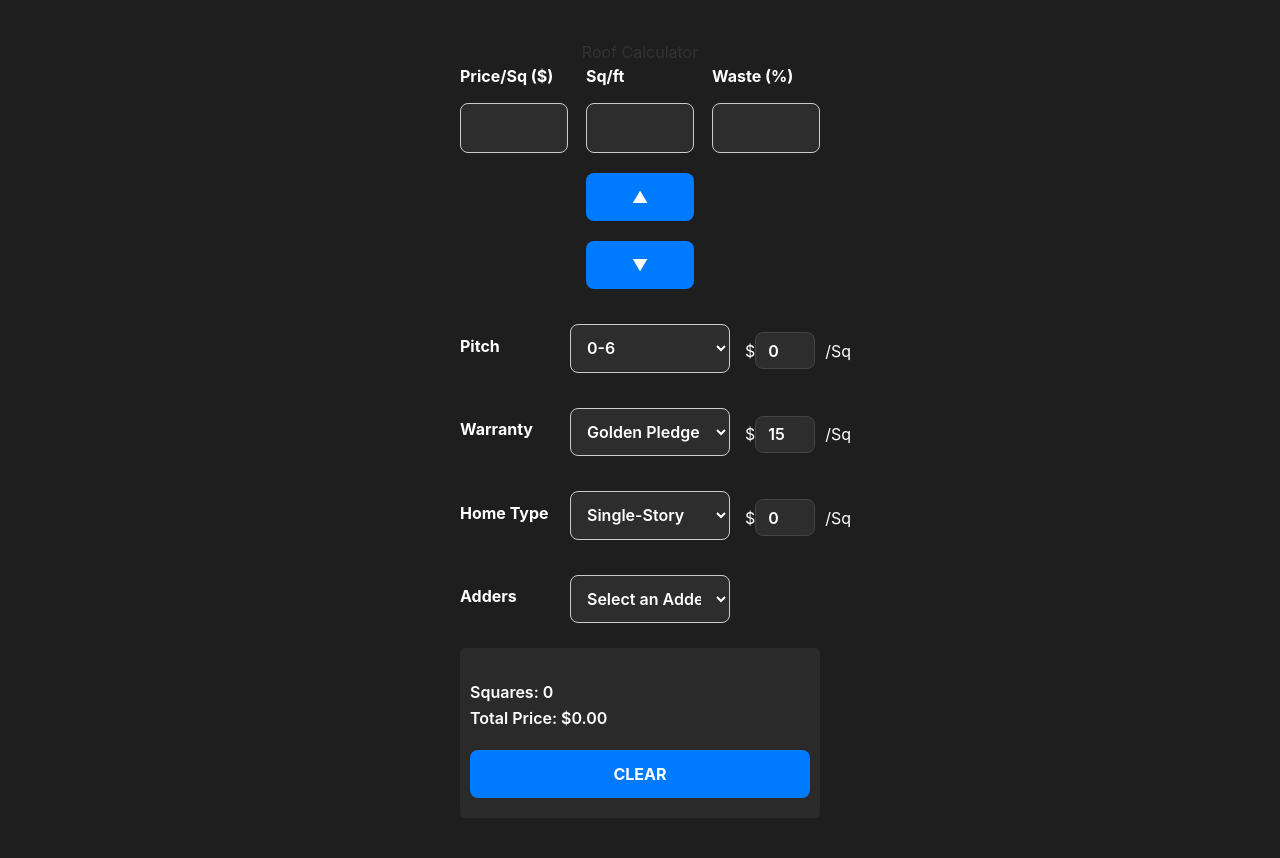
Repository: Tripp-L/roof-calc-app
Page: /
An editor plug-in stored every save of this project. The page is shown before and after the next save, followed by the edit.
The browser window is 1280 px wide. The pictures show the whole page.
The project was rebuilt for these pictures with package versions that can differ from the ones it lists, and the page was loaded fresh each time.

Above is the page before, as saved 2024-10-19 00:33:00.

After the next save:
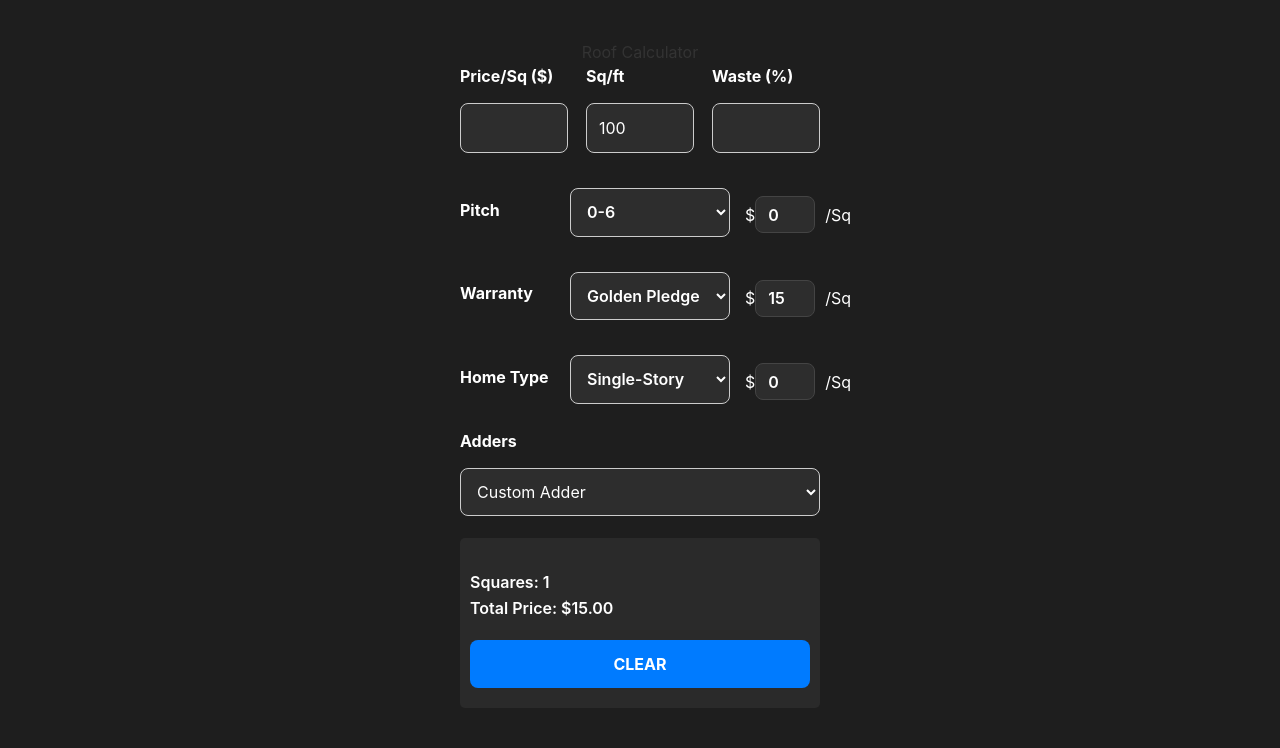
Saved 11 days later.
--- a/src/RoofCalculator.js
+++ b/src/RoofCalculator.js
@@ -4,7 +4,7 @@ import { debounce } from 'lodash'; // Make sure to install lodash
 
 const RoofCalculator = () => {
   const [pricePerSq, setPricePerSq] = useState('');  // Initialize to empty string
-  const [sqFt, setSqFt] = useState('');  // Keep this as empty string
+  const [sqFt, setSqFt] = useState('100');
   const [waste, setWaste] = useState('');  // Initialize to empty string
   const [pitch, setPitch] = useState('0-6');
   const [warranty, setWarranty] = useState('Golden Pledge');
@@ -19,6 +19,12 @@ const RoofCalculator = () => {
   const [totalPrice, setTotalPrice] = useState(0);
   const [pitchPrice, setPitchPrice] = useState('0');
   const [selectedAdders, setSelectedAdders] = useState({});
+  const [customAdderName, setCustomAdderName] = useState('');
+  const [customAdderPrice, setCustomAdderPrice] = useState(0);
+  const [isCustomAdder, setIsCustomAdder] = useState(false);
+  const [selectedAdder, setSelectedAdder] = useState('');
+  const [customUnit, setCustomUnit] = useState('');
+  const [customQuantity, setCustomQuantity] = useState(1);
 
   // Define default values
   const defaultValues = {
@@ -74,6 +80,7 @@ const RoofCalculator = () => {
 
   const calculateTotal = () => {
     let total = 0;
+    const currentSquares = parseFloat(sqFt) / 100; // Convert sq ft to squares
 
     // Base calculation
     const baseSquares = Math.round(parseFloat(sqFt) / 100) || 0;
@@ -95,7 +102,33 @@ const RoofCalculator = () => {
       total += adderPrice * quantity;
     });
 
-    setTotalPrice(Math.round(total * 100) / 100); // Round to 2 decimal places
+    // Custom Adder calculations with quantity
+    if (isCustomAdder && customAdderPrice) {
+      const price = parseFloat(customAdderPrice);
+      const quantity = parseInt(customQuantity) || 1; // Default to 1 if invalid
+
+      switch (customUnit) {
+        case '/Each':
+          total += price * quantity;
+          break;
+        case '/Sq':
+          total += price * currentSquares * quantity;
+          break;
+        case '/Ft':
+          total += price * parseFloat(sqFt) * quantity;
+          break;
+        case 'Sq/Ft':
+          total += price * parseFloat(sqFt) * quantity;
+          break;
+        case '/Sheet':
+          total += price * (parseFloat(sqFt) / 32) * quantity;
+          break;
+        default:
+          break;
+      }
+    }
+
+    setTotalPrice(total);
     setSquares(adjustedSquares);
   };
 
@@ -312,6 +345,26 @@ const RoofCalculator = () => {
       delete newAdders[adderKey];
       return newAdders;
     });
+    calculateTotal();
+  };
+
+  const handleCustomAdderPrice = (e) => {
+    const value = e.target.value;
+    setCustomAdderPrice(value);
+    calculateTotal();
+  };
+
+  const handleCustomAdderName = (e) => {
+    setCustomAdderName(e.target.value);
+  };
+
+  const handleUnitChange = (e) => {
+    setCustomUnit(e.target.value);
+    calculateTotal();
+  };
+
+  const handleQuantityChange = (e) => {
+    setCustomQuantity(parseInt(e.target.value));
     calculateTotal();
   };
 
@@ -358,20 +411,14 @@ const RoofCalculator = () => {
 
         <div className="horizontal-input-group">
           <label>Sq/ft</label>
-          <div className="number-input-wrapper">
-            <input
-              type="number"
-              value={sqFt}
-              onChange={handleSqFtChange}
-              onBlur={handleSqFtBlur}
-              min="100"
-              max="100000"
-            />
-            <div className="number-input-buttons">
-              <button type="button" onClick={() => handleSqFtAdjust(1)}>▲</button>
-              <button type="button" onClick={() => handleSqFtAdjust(-1)}>▼</button>
-            </div>
-          </div>
+          <input
+            type="number"
+            value={sqFt}
+            onChange={handleSqFtChange}
+            onBlur={handleSqFtBlur}
+            min="100"
+            max="100000"
+          />
         </div>
 
         <div className="horizontal-input-group">
@@ -458,18 +505,64 @@ const RoofCalculator = () => {
         </div>
       </div>
 
-      <div className="input-group">
+      <div className="adders-section">
         <label>Adders</label>
-        <select value="none" onChange={handleAdderChange}>
-          <option value="none">Select an Adder</option>
-          {Object.entries(adderOptions).map(([key, { label, price, unit }]) => (
-            key !== 'none' && (
-              <option key={key} value={key}>
-                {`${label} ($${price}/${unit})`}
-              </option>
-            )
-          ))}
-        </select>
+        <div className="adders-container">
+          <select
+            value={selectedAdder}
+            onChange={handleAdderChange}
+            className="adder-select"
+          >
+            <option value="">Custom Adder</option>
+          </select>
+
+          {isCustomAdder && (
+            <div className="adder-inputs-row">
+              <input
+                type="text"
+                placeholder="Enter Adder here..."
+                value={customAdderName}
+                onChange={handleCustomAdderName}
+                className="adder-name-input"
+              />
+              <div className="adder-values-group">
+                <div className="price-input-group">
+                  <span>$</span>
+                  <input
+                    type="number"
+                    value={customAdderPrice}
+                    onChange={handleCustomAdderPrice}
+                    className="small-input"
+                  />
+                </div>
+                <select
+                  value={customUnit}
+                  onChange={handleUnitChange}
+                  className="small-select"
+                >
+                  <option value="">Per</option>
+                  <option value="/Each">/Each</option>
+                  <option value="/Sq">/Sq</option>
+                  <option value="/Ft">/Ft</option>
+                  <option value="Sq/Ft">Sq/Ft</option>
+                  <option value="/Sheet">/Sheet</option>
+                </select>
+                <div className="qty-input-group">
+                  <span>Qty:</span>
+                  <select
+                    value={customQuantity}
+                    onChange={handleQuantityChange}
+                    className="small-select"
+                  >
+                    {[...Array(101)].map((_, i) => (
+                      <option key={i} value={i}>{i}</option>
+                    ))}
+                  </select>
+                </div>
+              </div>
+            </div>
+          )}
+        </div>
       </div>
 
       {Object.entries(selectedAdders).map(([adderKey, quantity]) => (
